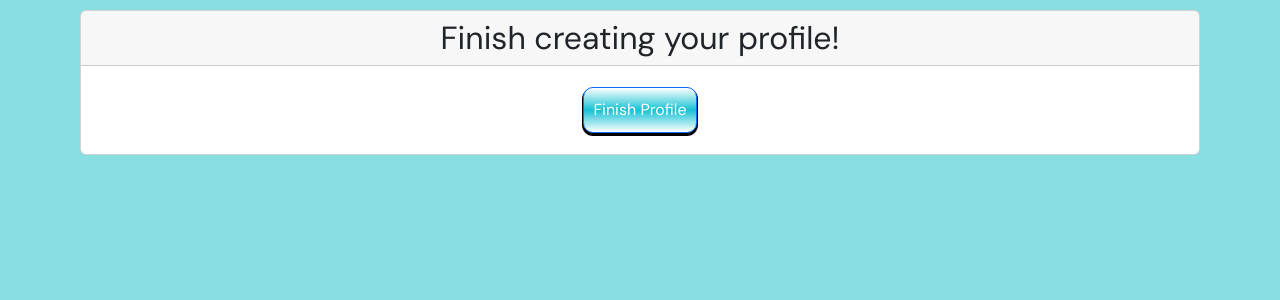
Repository: aiodell/my-glucose-checkup
Page: /me (app in client/)
The author's editor kept a copy of each file at every save. The page is drawn from the files as they stood at one save, then again after the next save.
The browser window is 1280 px wide. The pictures show the whole page.
The page's requests for data from a server got no answer. The project was rebuilt for these pictures with package versions that can differ from the ones it lists, and the page was loaded fresh each time. No one was signed in, and anything a server would have sent is missing. Also part of the build but not shown: client/src/components/Login.js, client/src/components/Signup.js, client/src/components/Dashboard.js, client/src/components/AllReadings.js, client/src/components/NewReading.js, client/src/components/Home.js, client/src/components/BglUpdateForm.js, client/src/components/BglEventDetails.js and 8 more.

Above is the page before, as saved 2022-10-06 07:01:41.

### client/src/index.js
import React from 'react';
import ReactDOM from 'react-dom/client';
import {BrowserRouter as Router} from "react-router-dom";
import 'bootstrap/dist/css/bootstrap.min.css';
import App from './App';

const root = ReactDOM.createRoot(document.getElementById('root'));
root.render(
  <React.StrictMode>
  <Router>
    <App />
  </Router>
  </React.StrictMode>
);

### client/src/App.js
import { useState, useEffect } from "react"
import { Switch, Route, useHistory } from "react-router-dom"
import NavBar from "./components/NavBar"
import Login from "./components/Login"
import Signup from "./components/Signup"
import Dashboard from "./components/Dashboard"
import AllReadings from "./components/AllReadings"
import NewReading from "./components/NewReading"
import Home from "./components/Home"
import BglEventDetails from "./components/BglEventDetails"
import NewBglEvent from "./components/NewBglEvent"
import Events from "./components/Events"
import UserProfile from "./components/UserProfile"
import CreateProfile from "./components/CreateProfile"
import AllUsers from "./components/AllUsers"
import './styles.css'

const App = () => {
  const [currentUser, setCurrentUser] = useState("")
  const [readings, setReadings] = useState([])
  const [events, setEvents] = useState([])
  const [users, setUsers] = useState([])
  const [following, setFollowing] = useState([])
  const history = useHistory()

  useEffect( () => {
    fetch(`/auto-login`)
    .then((r) => {
      if (r.ok) {
        r.json().then((user) => setCurrentUser(user))
      }else{
        history.push("/login")
      }
    })
  }, [ ])

	useEffect(() => {
		fetch("/events")
		.then((r) => r.json())
		.then(setEvents)
	}, [])

  useEffect(() => {
		fetch("/bgls")
		.then((r) => r.json())
		.then(setReadings)
	}, [])

  useEffect(() => {
    fetch("/users")
    .then((r) => r.json())
    .then(setUsers)
  }, [])

  useEffect(() => {
    fetch("/relationships")
    .then((r) => r.json())
    .then(setFollowing)
  }, [])

  const updateUser = (user) => setCurrentUser(user)

  const addNewReading = (newReading) => {setReadings(readings => [...readings, newReading])}

  const deleteReading = (deletedReading) => {
    setReadings((readings) => readings.filter((reading) => reading.id !== deletedReading))
  }

  const deleteEvent = (deletedEvent) => {
    setEvents((events) => events.filter((event) => event.id !== deletedEvent))
  }

  const updateBgl = (updatedBgl) => {
    setReadings((readings) => readings.map(bgl => bgl.id === updatedBgl.id ? updatedBgl : bgl))
  }

  // add follower to list
  const addNewFollow = (newFollow) => {
    setFollowing(following => [...following, newFollow])
    const copyOfCurrentUser = {...currentUser}
    copyOfCurrentUser.followees.push(newFollow)
    setCurrentUser(copyOfCurrentUser)
  }

  // delete follower from the list
  const deleteFollow = (deletedFollow) => {
    setFollowing((following) => following.filter((following) => following.id !== deletedFollow))
  }

  const removeCurrentFollowing = (deletedFollowee) => {
    const copyOfCurrentUser = {...currentUser}
    copyOfCurrentUser.followees = copyOfCurrentUser.followees.filter(followee => followee.followee_id !== deletedFollowee.followee_id)
    setCurrentUser(copyOfCurrentUser)
  }

   return (
   <div>
    <NavBar
      currentUser = {currentUser}
      updateUser = {updateUser}
    />
    <Switch>
      <Route exact path = "/login">
        <Login updateUser = {updateUser}/>
      </Route>
      <Route exact path = "/signup">
        <Signup />
      </Route>
      <Route exact path = "/dashboard">
        <Dashboard
        currentUser = {currentUser}
        readings = {readings}
        setReadings = {setReadings}
        following = {following}  // will be used to display the highs and lows of a user being followed
        users = {users}
        />
      </Route>
      <Route exact path= "/bgls/all">
        <AllReadings
        readings = {readings}
        setReadings = {setReadings}
        />
      </Route>
      <Route exact path= "/bgls/new">
        <NewReading addNewReading= {addNewReading} />
      </Route>
      <Route exact path= "/bgls/:id/">
        <BglEventDetails
          updateBgl = {updateBgl}
          deleteReading= {deleteReading}
          readings = {readings}
        />
      </Route>
      <Route exact path="/bgls/:id/bgl_events/new">
        <NewBglEvent events= {events}/>
      </Route>
      <Route exact path="/events">
        <Events
          deleteEvent = {deleteEvent}
          events = {events}
          setEvents = {setEvents}
        />
      </Route>
      <Route exact path= "/me">
        <UserProfile
        currentUser = {currentUser}
        users = {users}
        />
      </Route>
      <Route exact path = "/create-profile">
        <CreateProfile />
      </Route>
      <Route exact path= "/users">
        <AllUsers
        currentUser = {currentUser}
        users = {users}
        addNewFollow = {addNewFollow}
        deleteFollow = {deleteFollow}
        removeCurrentFollowing ={removeCurrentFollowing}
        />
      </Route>
      <Route exact path="/">
        <Home
        currentUser = {currentUser}
        setCurrentUser = {setCurrentUser}/>
      </Route>
    </Switch>
   </div>
  )
}

export default App;

### client/src/components/NavBar.js
import { useHistory, NavLink } from 'react-router-dom'
import Container from "react-bootstrap/Container"
import Nav from 'react-bootstrap/Nav';
import Navbar from 'react-bootstrap/Navbar';
import '../styles.css';

const NavBar = ({updateUser, currentUser}) => {
	const history = useHistory()

	// log out only available when logged in
	const handleLogout = (e) => {
		fetch(`/logout`, {
			method: 'DELETE'
		})
		.then(() => {
			updateUser("")
			history.push('/')
		})
	}

	return(
		<>
		{currentUser ?
			<Navbar bg="dark" variant="dark" expand="lg">
			<Container className="nav-bar">
				<Navbar.Brand>My Glucose Checkup</Navbar.Brand>
				<Navbar.Toggle aria-controls="basic-navbar-nav" />
				<Navbar.Collapse id="basic-navbar-nav"></Navbar.Collapse>
					<Nav className="me-auto">
						<NavLink className="nav-link" to="/dashboard">
							<Nav.Item>Dashboard</Nav.Item>
						</NavLink>
						<NavLink className="nav-link" to="/bgls/all">
							<Nav.Item>My BGLs</Nav.Item>
						</NavLink>
						<NavLink className="nav-link" to="/bgls/new">
							<Nav.Item>New Reading</Nav.Item>
						</NavLink>
						<NavLink className="nav-link" to="/me">
							<Nav.Item>My Account</Nav.Item>
						</NavLink>
						<NavLink className="nav-link" to="/users">
							<Nav.Item>All Users</Nav.Item>
						</NavLink>
						<Nav.Link onClick={handleLogout}>Logout</Nav.Link>
					</Nav>
			</Container>
		</Navbar> : null }
		</>
	)
}

export default NavBar

### client/src/components/UserProfile.js
import Button from "react-bootstrap/Button"
import {NavLink, useHistory } from "react-router-dom"
import Container from "react-bootstrap/Container"
import Card from 'react-bootstrap/Card';
import Accordion from "react-bootstrap/Accordion"

const UserProfile = ({currentUser}) => {

	const renderFollowing = currentUser.followees?.map((user) => {
		return(
			<Card>
				<Card.Title>{user.first_name} {user.last_name}</Card.Title>
				<Card.Text></Card.Text>
			</Card>
		)
	})

	return(
		<div>
			{currentUser.has_profile ?
			<Container className="profile-container">
				<Card className= "user-profile">
					<Card.Header as="h2">Hello {currentUser.first_name}!</Card.Header>
					<Card.Body>
						<Card.Title className="card-title">Personal Information</Card.Title>
					</Card.Body>
					<Card.Body>
						<Card.Text className="body-1"><b>Full Name: </b>{currentUser.first_name} {currentUser.last_name}</Card.Text>
						<Card.Text className="body-2"><b>Date of birth: </b>{currentUser.profile.month} / {currentUser.profile.day} / {currentUser.profile.year}</Card.Text>
						<Card.Text><b>Email: </b>{currentUser.email}</Card.Text>
						<Card.Text><b>Phone Number: </b>{currentUser.profile.phone}</Card.Text>
					</Card.Body>
				</Card>
				{/* who the user is following */}
				<Accordion as={Card} className= "user-profile">
					<Accordion.Header as="h2" className="follow-header">
						Following
					</Accordion.Header>
					<Accordion.Body>{renderFollowing}</Accordion.Body>
				</Accordion>
			</Container>
			:
				<Container className="container-style">
				<Card className= "user-profile">
				<Card.Header as="h2">Finish creating your profile!</Card.Header>
					<Card.Body>
						<NavLink to="/create-profile">
							<Button className="btns">Finish Profile</Button>
						</NavLink>
					</Card.Body>
				</Card>
				</Container>
			}
		</div>
	)
}

export default UserProfile

### client/src/styles.css
@import url('https://fonts.googleapis.com/css2?family=DM+Sans&display=swap');
@import url('https://fonts.googleapis.com/css2?family=Carter+One&family=DM+Sans&display=swap');

body {
  font-family: 'DM Sans', sans-serif;
  background-color:	#89dee2;
  margin: 0px;
}

/*Universal */
.btns {
  background-image: linear-gradient(#ffffff, #16c2d5,#ffffff);
  color: rgb(255, 255, 255);
  padding: 10px;
  margin: 5px;
  text-align: center;
  border-radius: 10px;
  box-shadow: 0px 2px 0px 1px black;
  text-decoration: none;
}

.container-style{
  text-align: center;
  padding: 10px;
  position: relative;
}

.navbar-brand{
  font-family: 'Carter One', cursive;
  font-size: 2rem;
  text-align:left
}

/*Home Page */
.Home {
  text-align: center;
}

.home-background {
  background-color: #88c7b2;
  min-height: 100vh;
  display: flex;
  flex-direction: column;
  align-items: center;
  justify-content: center;
  font-size: calc(10px + 2vmin);
  color: white;
}

.welcome {
  font-family: 'Carter One', cursive;
  text-shadow: 2px 2px black;
  text-align: center;
}

.home-btn-div {
  align-content: center;
}

/*Forms */
.form-style{
  margin-top: 100px;
  border-radius: 20px;
  box-shadow: 0px 2px 0px 1px black;
  background-image: linear-gradient(#67eabe, #ffffff);
  color: rgb(0, 0, 0);
}
.title{
  padding: 20px;
  position: relative;
}

/*Dashbord */
.dash-container{
  margin-top: 100px;
  padding: 20px;
  background-image: linear-gradient(#67eabe, #ffffff);
  border-radius: 25px;
  position: relative;
}

.current-bgl{
  border-radius: 50%;
  height: 150px;
  width: 150px;
  vertical-align: middle;
  left: 44%;
  position: relative;
  box-shadow: 2px 2px 2px 2px black;
  background-image: linear-gradient(#67eabe, #ffffff);
}

.current-txt{
  text-align: center;
  font-size: 4rem;
  padding-top: 40px;
  padding-left: 5px;
  position: relative;
}

.low-high-avg{
  padding: 20px;
  position: relative;
}

.dash-title{
  font-family: 'Carter One', cursive;
  text-shadow: 2px 2px 2px black;
  color: white
}

/*Events */

.list{
  list-style: none;
  padding: 5px;
  font-size: 150%;
}

.event-container-style{
  text-align: center;
  padding: 10px;
  position: relative;
  margin: 5px;
}

.delete-btn{
  background-image: linear-gradient(#67eabe, #ffffff);
  color: rgb(0, 0, 0);
  padding: 5px;
  margin: 5px;
  text-align: center;
  box-shadow: 0px 2px 0px 1px black;
  text-decoration: none;
}
.event-card{
  vertical-align: middle;
  left: 39%;
  position: relative;
}

/*All bgls*/
.all-bgl-container-style{
  align-content: center;
  margin-top: 20px;
  text-align: center;
  display: relative;
  position:relative;
  max-width: 50%;
}

.link-text-style{
  text-decoration: none;
}

.pages {
  display: flex;
  justify-content: center;
  margin-top: 20px;
}

.bgl-card{
  margin: 10px;
  text-decoration: none;
  color: black;
  box-shadow: 0px 2px 0px 2px black;
}

.card-title{
  font-size: 150%;
}

.search {
  width: 50%;
  text-align: center;

  position: relative;
  display: block;
  margin: auto;
  padding: 2rem;
}

.searchTerm {
  text-align: center;
  width: 100%;
  border: 3px solid #004e59;
  padding: 5px;
  height: 3rem;
  border-radius: 5px;
  outline: none;
  font-size: 1.5rem;
}

/* Profile Completion Form */
.form-title{
  text-align: center;
  margin-top: 15px;
}

.profile-completion{
  text-align: center;
  padding: 15px;
  margin: 10px;
  box-shadow: 1px 2px 0px 1px black;
  background-image: linear-gradient(#eaeaea, #ffffff);
  color: rgb(0, 0, 0);
}

.profile-label{
  margin-bottom: 5px;
  margin-top: 10px;
}

.form-check{
  margin-top: 5px
}

/*profile container*/
.profile-container{
  align-content: center;
  margin-top: 20px;
  text-align: center;
  display: relative;
  position:relative;
  max-width: 50%;
}

Loaded but not shown: client/public/index.html (common file)

After the next save:
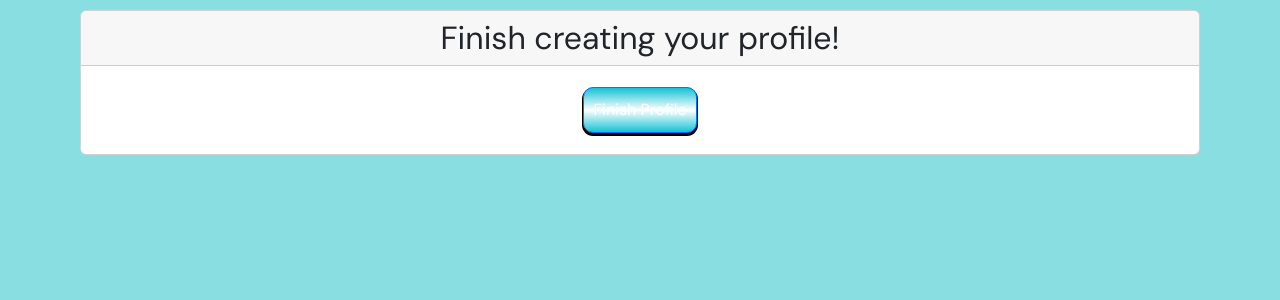
Saved 14 s later.
--- a/client/src/styles.css
+++ b/client/src/styles.css
@@ -9,7 +9,7 @@ body {
 
 /*Universal */
 .btns {
-  background-image: linear-gradient(#ffffff, #16c2d5,#ffffff);
+  background-image: linear-gradient(#16c2d5, #ffffff,#16c2d5);
   color: rgb(255, 255, 255);
   padding: 10px;
   margin: 5px;
